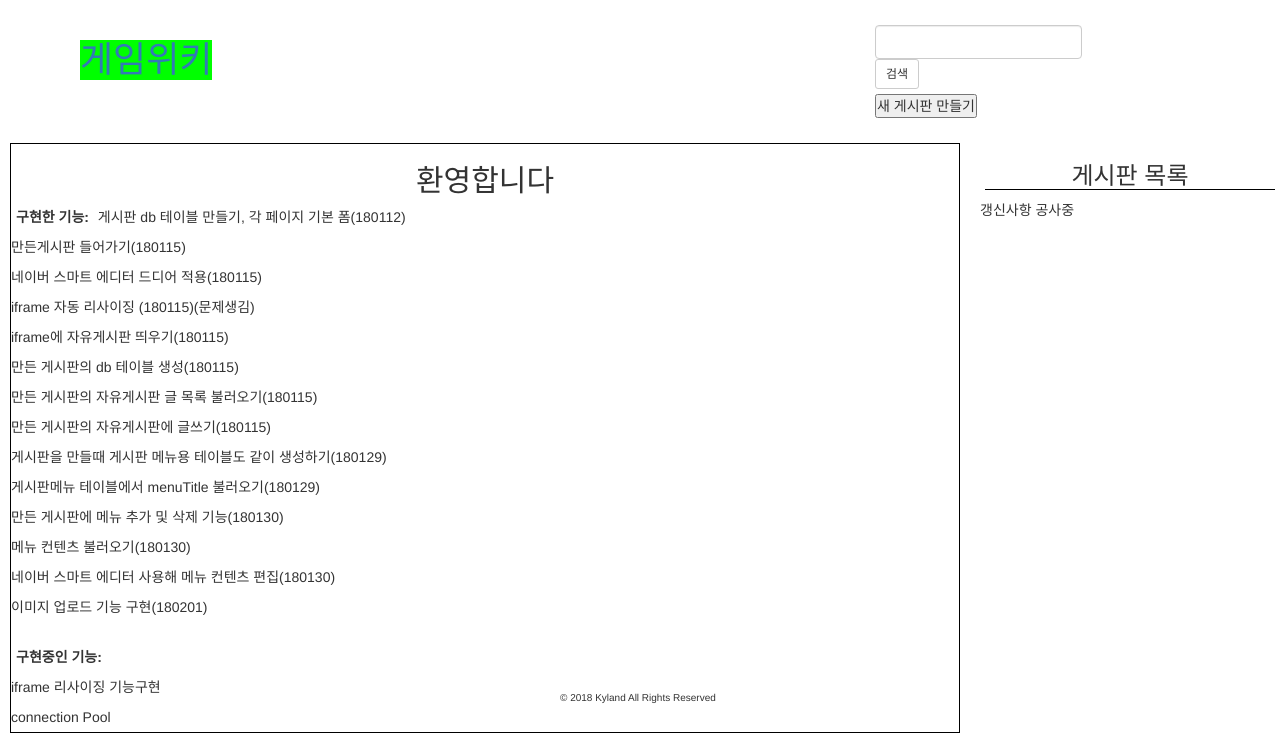
Repository: sithslord/GameWiki
Page: http://localhost/JSPBoard/MainPage/Main.jsp
These files come from the project's save history. The page is drawn as it stood at one moment and after a run of saves; the edit follows.
The browser window is 1280 px wide. The page is 1285 px wide, then 1280 px, so the pictures cover 1285 px, including what lies to the right of the window. The pictures show the whole page.
An inner scrolling area shows only its first screen. The page is served by Tomcat 9. Other server files are loaded and not shown.

Above is the page before, as saved 2018-02-05 03:05:48.

### ReWork/JSPBoard/WebContent/MainPage/Main.jsp
<%@ page language="java" contentType="text/html; charset=EUC-KR"
    pageEncoding="EUC-KR"%>
<%@ taglib prefix="c" uri="http://java.sun.com/jsp/jstl/core" %>

<!DOCTYPE html PUBLIC "-//W3C//DTD HTML 4.01 Transitional//EN" "http://www.w3.org/TR/html4/loose.dtd">
<html>
<head>
<meta http-equiv="Content-Type" content="text/html; charset=EUC-KR">
<title>게임 위키</title>
<link rel="stylesheet" href="../css/bootstrap.css">
<style type="text/css">

*{
	margin: 5px;
	padding: 0;
}

body{
	width: 1280px;
	margin: 0 auto;
}

#banner h1{
	background: lime;
	float: left;
	text-align: center;
}

#banner form{
	float: right;
}

#info{
	float: left;
	width: 950px;
	height: 590px;
	border: 1px solid black;
	overflow: scroll;
	}



#news{
	float: right;
	width: 300px;
	height: auto;
}

#news h3{
	border-bottom: 1px solid black;
}

#footer{

	position: absolute;
	bottom: 0;
	text-align: center !important;

}

#copyright{
	font-size: 10px;
	margin-left: 550px;
}

.hyper{
	link{text-decoration:none; color:black;}
	visitied{text-decoration:none; color:black;}
	action{text-decoration:none; color:black;}
	hover{text-decoration:none; color:black;}
}



</style>
</head>
<body>
<div class="container">
<div class="row">
	<div id="banner" class="col-sm-8">
		<a class="hyper" href="main.do"><h1>게임위키</h1></a>
		</div>
		<div id="srch" class="col-sm-3">
		<form action="search" method="post" class="form-inline">
			<input type="text" name="srch" class="form-control">
			<input type="submit" class="btn btn-default btn-sm" value="검색">
		</form>

		<form action="makeboard.do" method="post">
			<input type="submit" value="새 게시판 만들기">
		</form>
		</div>
	</div>
	</div>

	<div id="info">
		<h2 align="center">환영합니다</h2>

		<p><strong>구현한 기능:</strong> 게시판 db 테이블 만들기, 각 페이지 기본 폼(180112)</p>
		<p>만든게시판 들어가기(180115)</p>
		<p>네이버 스마트 에디터 드디어 적용(180115)</p>
		<p>iframe 자동 리사이징 (180115)(문제생김)</p>
		<p>iframe에 자유게시판 띄우기(180115)</p>
		<p>만든 게시판의 db 테이블 생성(180115)</p>
		<p>만든 게시판의 자유게시판 글 목록 불러오기(180115)</p>
		<p>만든 게시판의 자유게시판에 글쓰기(180115)</p>
		<p>게시판을 만들때 게시판 메뉴용 테이블도 같이 생성하기(180129)</p>
		<p>게시판메뉴 테이블에서 menuTitle 불러오기(180129)</p>
		<p>만든 게시판에 메뉴 추가 및 삭제 기능(180130)</p>
		<p>메뉴 컨텐츠 불러오기(180130)</p>
		<p>네이버 스마트 에디터 사용해 메뉴 컨텐츠 편집(180130)</p>
		<p>이미지 업로드 기능 구현(180201)</p>

		</br>
		<p><strong>구현중인 기능:</strong></p>
		<p>iframe 리사이징 기능구현</p>
		<p>connection Pool</p>
		<p>검색기능</p>
		</br>

		<p><strong>문제:</strong> crate테이블 작동안함(테이블 이름에 ' ' 가 입력되어 쿼리 오류)...(180117)(해결)</p>
		<p>해결방법 = String 쿼리를 나눠서 나중에 합쳐서 입력</p>
		<p>한글 입력이 ??? 로 표시(180117) ->해결(180118)</p>
		<p>모든 jsp페이지를 euc-kr로 인코딩= 실패</p>
		<p>mysql 모든 인코딩을 euc-kr로 바꿈 = 실패</p>
		<p>원인=get방식때문 /해결방법=톰캣 server.xml에서 connector에 URIEncoding="EUC-KR"추가해줌 </p>
		<p>iframe자동 리사이징 작동불가(임시방편으로 스크롤로 대체)</p>
		<p>업로드한 이미지가 화면을 벗어나는 현상(해결)</p>
		</br>

		<p><strong>보류중인 기능:</strong> 로그인</p>


	</div>

	<div id="news">
		<h3 align="center">게시판 목록</h3>
		<c:forEach items="${news }" var="dto">
			<p><a href="board_view.do?bdId=${dto.bdId }&bdTitle=${dto.bdTitle }">${dto.bdTitle }</a></p>
		</c:forEach>

		<p>갱신사항 공사중</p>
	</div>

	<div id="footer">


		<p id="copyright">&copy; 2018 Kyland All Rights Reserved </p>

	</div>
	</div>



</body>
</html>

Loaded but not shown: ReWork/JSPBoard/WebContent/css/bootstrap.css (library)

After the next 2 saves:
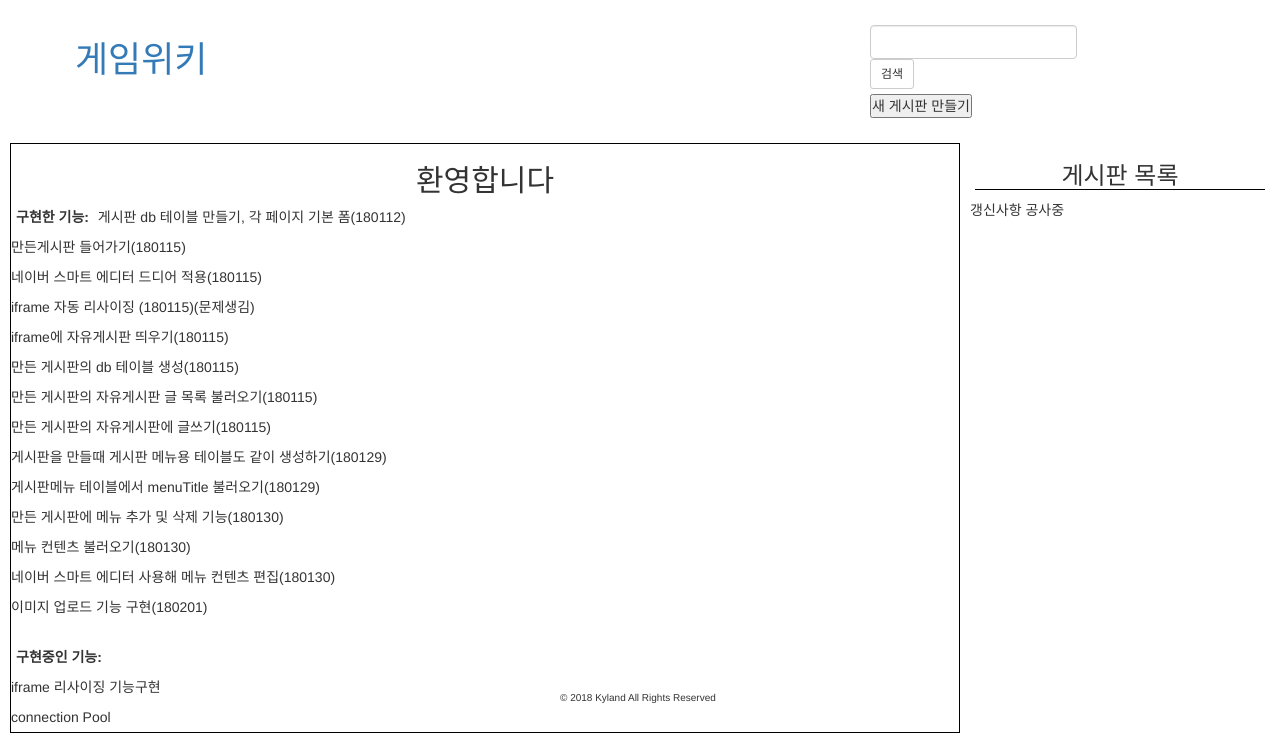
The 2 saves are shown as one change because they came seconds apart.
The last was saved 16 s later.
--- a/ReWork/JSPBoard/WebContent/MainPage/Main.jsp
+++ b/ReWork/JSPBoard/WebContent/MainPage/Main.jsp
@@ -15,16 +15,7 @@
 	padding: 0;
 }
 
-body{
-	width: 1280px;
-	margin: 0 auto;
-}
 
-#banner h1{
-	background: lime;
-	float: left;
-	text-align: center;
-}
 
 #banner form{
 	float: right;
